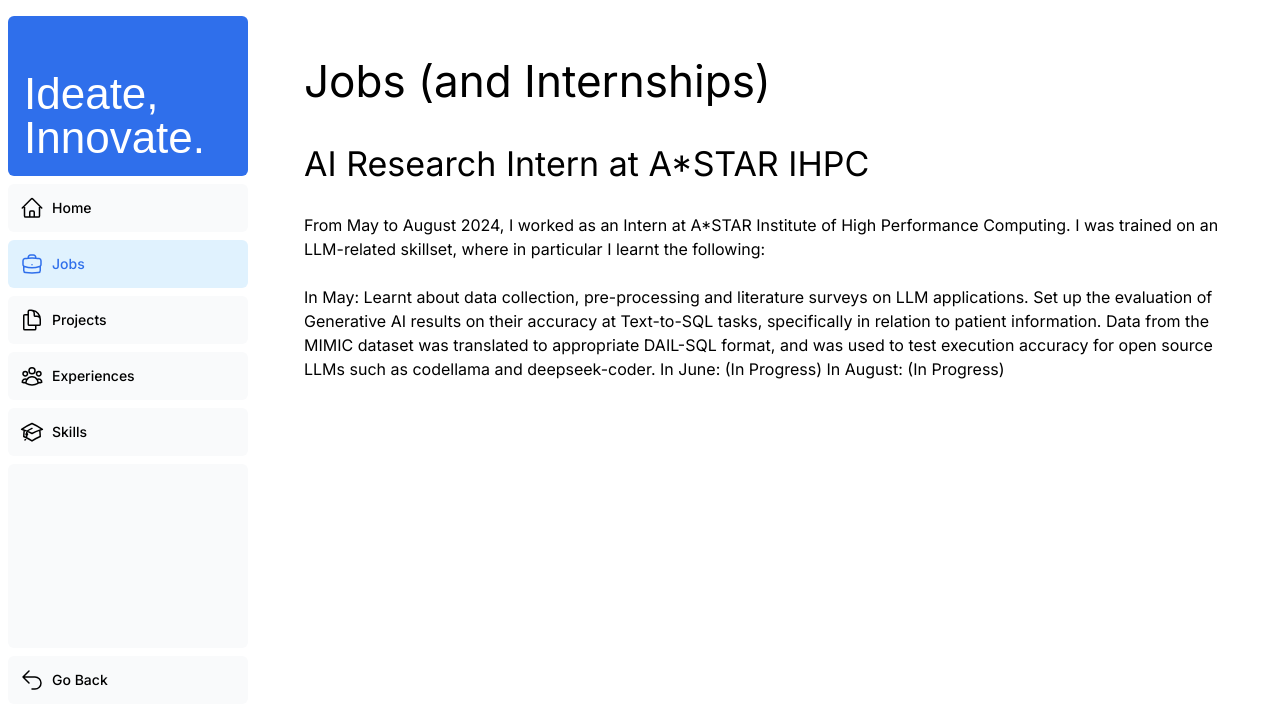
Repository: ThatGirlJam/jaime-portfolio
Page: /dashboard/jobs
An editor plug-in stored every save of this project. The page is shown before and after the next save, followed by the edit.
The browser window is 1280 px wide. The pictures show the whole page.
Some web fonts or font styles are not loaded; a fallback is used. The project was rebuilt for these pictures with package versions that can differ from the ones it lists, and the page was loaded fresh each time. The framework's server and built-in components were replaced by stand-ins that run in the browser. Also part of the build but not shown: next.config.js.

Above is the page before, as saved 2024-06-05 20:37:17.

### app/dashboard/jobs/page.tsx
export default function Page() {
  return (
    <div>
      <p className="text-[44px]"> Jobs (and Internships) </p>
      <br />
      <p className="text-[34px]"> AI Research Intern at A*STAR IHPC </p>
      <br />

      <p>
        From May to August 2024, I worked as an Intern at A*STAR Institute of
        High Performance Computing. I was trained on an LLM-related skillset,
        where in particular I learnt the following:
      </p>
      <br />
      <p>
        In May: Learnt about data collection, pre-processing and literature
        surveys on LLM applications. Set up the evaluation of Generative AI
        results on their accuracy at Text-to-SQL tasks, specifically in relation
        to patient information. Data from the MIMIC dataset was translated to
        appropriate DAIL-SQL format, and was used to test execution accuracy for
        open source LLMs such as codellama and deepseek-coder. In June: (In
        Progress) In August: (In Progress)
      </p>
    </div>
  );
}

### app/ui/fonts.ts
import { Inter } from 'next/font/google';
import { Lusitana } from 'next/font/google';

export const inter = Inter({ subsets: ['latin'] });

export const lusitana = Lusitana({
  weight: ['400', '700'],
  subsets: ['latin'],
});

### app/ui/dashboard/sidenav.tsx
import Link from 'next/link';
import NavLinks from '@/app/ui/dashboard/nav-links';
import BannerLogo from '@/app/ui/banner-logo';
import { ArrowUturnLeftIcon } from '@heroicons/react/24/outline';

export default function SideNav() {
  return (
    <div className="flex h-full flex-col px-3 py-4 md:px-2">
      <Link
        className="h-25 mb-2 flex items-end justify-start rounded-md bg-blue-600 p-4 md:h-40"
        href="/"
      >
        <div className="w-32 text-white md:w-40">
          <BannerLogo />
        </div>
      </Link>
      <div className="flex grow flex-row justify-between space-x-2 md:flex-col md:space-x-0 md:space-y-2">
        <NavLinks />
        <div className="hidden h-auto w-full grow rounded-md bg-gray-50 md:block"></div>
        <Link href="/">
          <button className="flex h-[48px] w-full grow items-center justify-center gap-2 rounded-md bg-gray-50 p-3 text-sm font-medium hover:bg-sky-100 hover:text-blue-600 md:flex-none md:justify-start md:p-2 md:px-3">
            <ArrowUturnLeftIcon className="w-6" />
            <div className="hidden md:block">Go Back</div>
          </button>
        </Link>
      </div>
    </div>
  );
}

### app/ui/dashboard/nav-links.tsx
'use client';

import {
  UserGroupIcon,
  HomeIcon,
  DocumentDuplicateIcon,
  AcademicCapIcon,
  BriefcaseIcon,
} from '@heroicons/react/24/outline';
import Link from 'next/link';
import { usePathname } from 'next/navigation';
import clsx from 'clsx';

// Map of links to display in the side navigation.
// Depending on the size of the application, this would be stored in a database.
const links = [
  { name: 'Home', href: '/dashboard', icon: HomeIcon },
  {
    name: 'Jobs',
    href: '/dashboard/jobs',
    icon: BriefcaseIcon,
  },
  {
    name: 'Projects',
    href: '/dashboard/projects',
    icon: DocumentDuplicateIcon,
  },
  { name: 'Experiences', href: '/dashboard/experiences', icon: UserGroupIcon },
  { name: 'Skills', href: '/dashboard/skills', icon: AcademicCapIcon },
];

export default function NavLinks() {
  const pathname = usePathname();

  return (
    <>
      {links.map((link) => {
        const LinkIcon = link.icon;
        return (
          <Link
            key={link.name}
            href={link.href}
            //When the link.href aka link of the nav option matches the curr path name, turn blue to show user is on that page
            className={clsx(
              'flex h-[48px] grow items-center justify-center gap-2 rounded-md bg-gray-50 p-3 text-sm font-medium hover:bg-sky-100 hover:text-blue-600 md:flex-none md:justify-start md:p-2 md:px-3',
              {
                'bg-sky-100 text-blue-600': pathname === link.href,
              },
            )}
          >
            <LinkIcon className="w-6" />
            <p className="hidden md:block">{link.name}</p>
          </Link>
        );
      })}
    </>
  );
}

### app/ui/banner-logo.tsx
import { lusitana } from '@/app/ui/fonts';

export default function BannerLogo() {
  return (
    <div
      className={`${lusitana.className} flex flex-row items-center leading-none text-white`}
    >
      <p className="text-[44px]">Ideate, Innovate.</p>
    </div>
  );
}

Loaded but not shown: app/layout.tsx (common file); app/dashboard/layout.tsx (common file); app/ui/global.css (common file); tailwind.config.ts (common file)

After the next save:
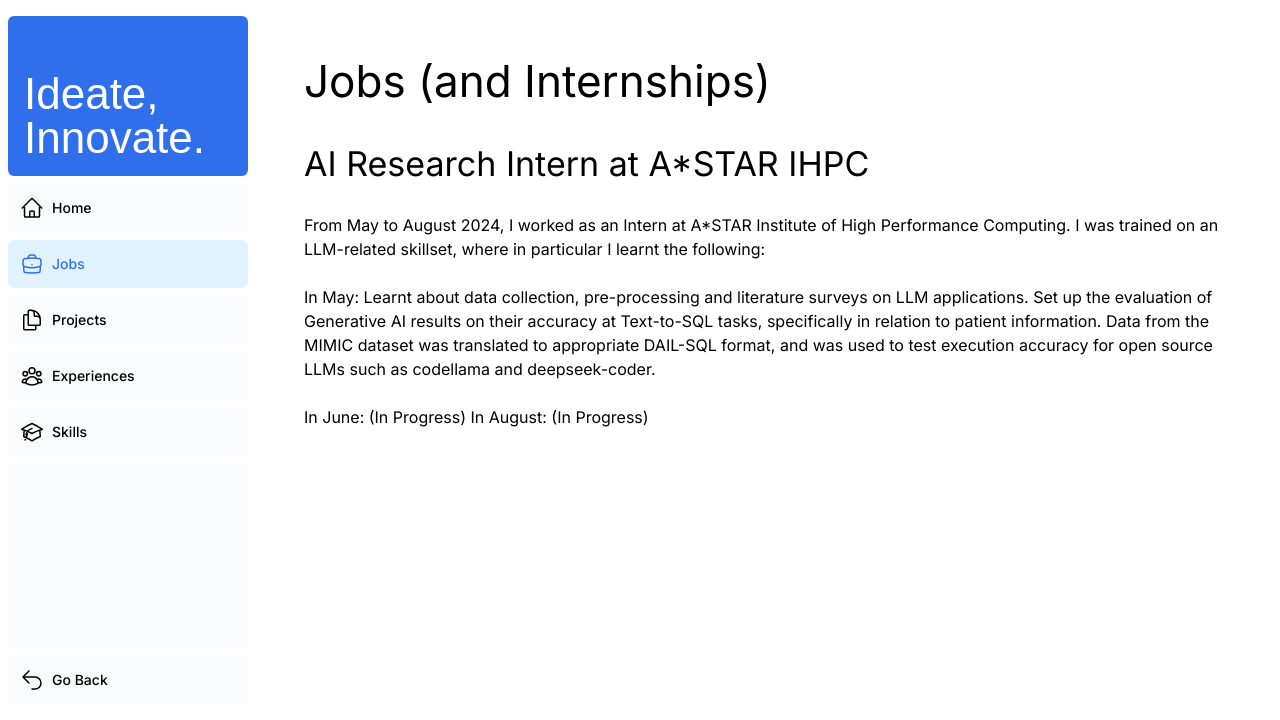
Saved 18 s later.
--- a/app/dashboard/jobs/page.tsx
+++ b/app/dashboard/jobs/page.tsx
@@ -18,9 +18,11 @@
         results on their accuracy at Text-to-SQL tasks, specifically in relation
         to patient information. Data from the MIMIC dataset was translated to
         appropriate DAIL-SQL format, and was used to test execution accuracy for
-        open source LLMs such as codellama and deepseek-coder. In June: (In
-        Progress) In August: (In Progress)
+        open source LLMs such as codellama and deepseek-coder.
       </p>
+      <br />
+      <p>In June: (In Progress) In August: (In Progress)</p>
+      <br />
     </div>
   );
 }
